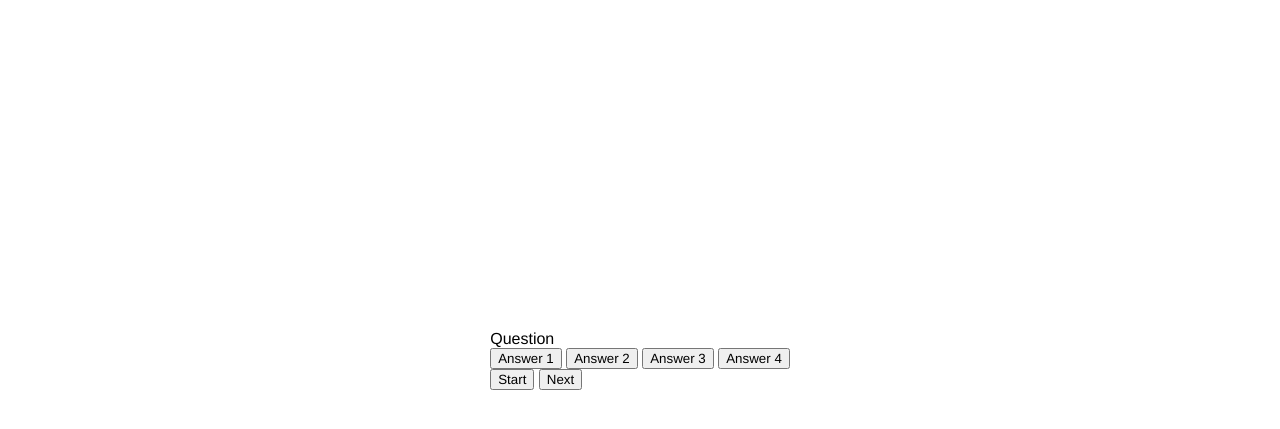
Repository: Vshepard879/Code-Quiz
Page: index.html
The author's editor kept a copy of each file at every save. The page is drawn from the files as they stood at one save, then again after the next save.
The browser window is 1280 px wide. The pictures show the whole page.

Above is the page before, as saved 2022-03-18 01:21:19.

### index.html
<!DOCTYPE html>
<html lang="en">
<head>
    <meta charset="UTF-8">
    <meta http-equiv="X-UA-Compatible" content="IE=edge">
    <meta name="viewport" content="width=device-width, initial-scale=1.0">
    <link href="./assets/css/style.css" link rel="stylesheet">
    <script defer src="./assets/js/script.js"></script>
    <title>Quiz App</title>
</head>
<body>
    <div class="container">
        <div id="question-container" class="hide">
            <div id="question-container" class="hide">
                <div id="question">Question</div>
                <div id="answer-buttons" class="btn-grid"></div>
                <button class="btn">Answer 1</button>
                <button class="btn">Answer 2</button>
                <button class="btn">Answer 3</button>
                <button class="btn">Answer 4</button>
            </div>
        </div>
        <div class="controls">
            <button id="start-btn" class="start-btn btn">Start</button>
            <button id="next-btn" class="next-btn btn hide">Next</button>
        </div>
    </div>
</body>
</html>

### assets/css/style.css
*, *::before, *::after {
    box-sizing: border-box;
    font-family: 'Franklin Gothic Medium', 'Arial Narrow', Arial, sans-serif;
}

:root {
    --hue-neutral: 200;
    --hue-wrong: 0;
    --hue-correct: 150
}

body {
    --hue: var(--hue-natural);
    padding: 0;
    margin: 0;
    display: flex;
    width: 100vw;
    height: 100vh;
    justify-content:center;
    align-items:center;
    font-size: 20;
}

Loaded but not shown: assets/js/script.js (no stored copy; drawn as an empty file)

After the next save:
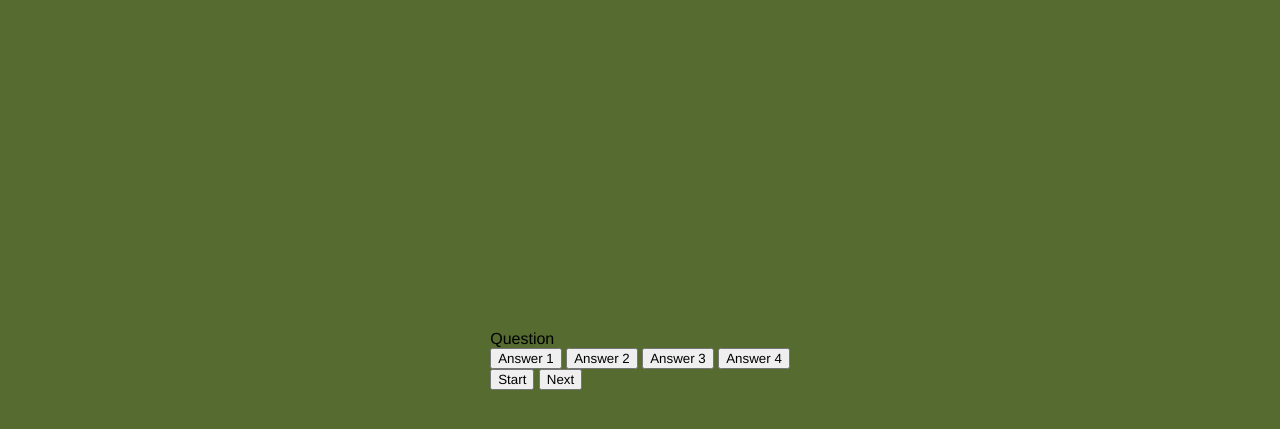
Saved 25 s later.
--- a/assets/css/style.css
+++ b/assets/css/style.css
@@ -18,5 +18,5 @@
     height: 100vh;
     justify-content:center;
     align-items:center;
-    font-size: 20;
+    background-color: darkolivegreen;
 }

After the save that followed:
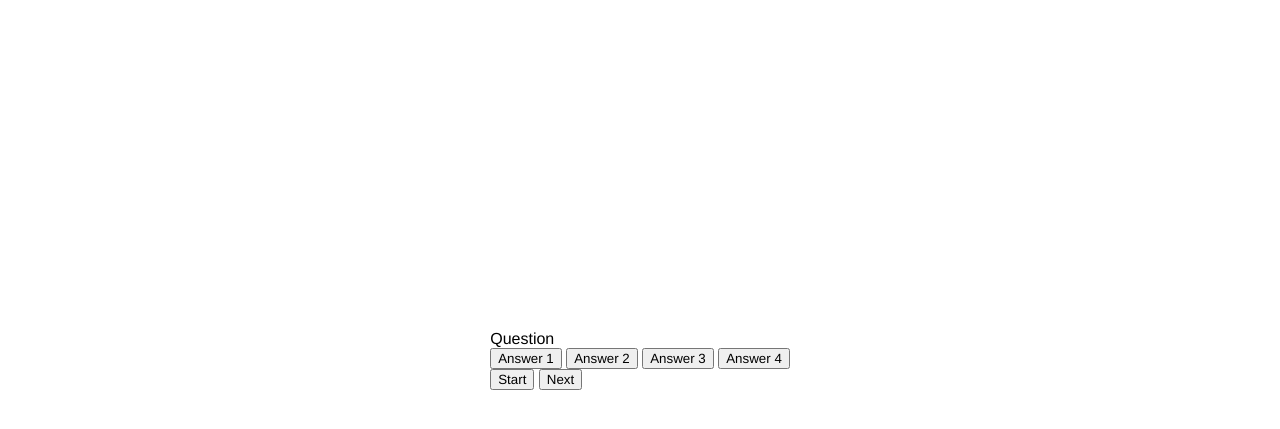
Saved 96 s later.
--- a/assets/css/style.css
+++ b/assets/css/style.css
@@ -18,5 +18,5 @@
     height: 100vh;
     justify-content:center;
     align-items:center;
-    background-color: darkolivegreen;
+    background-color: hsl(var(--hue), 100%, 20%);
 }
